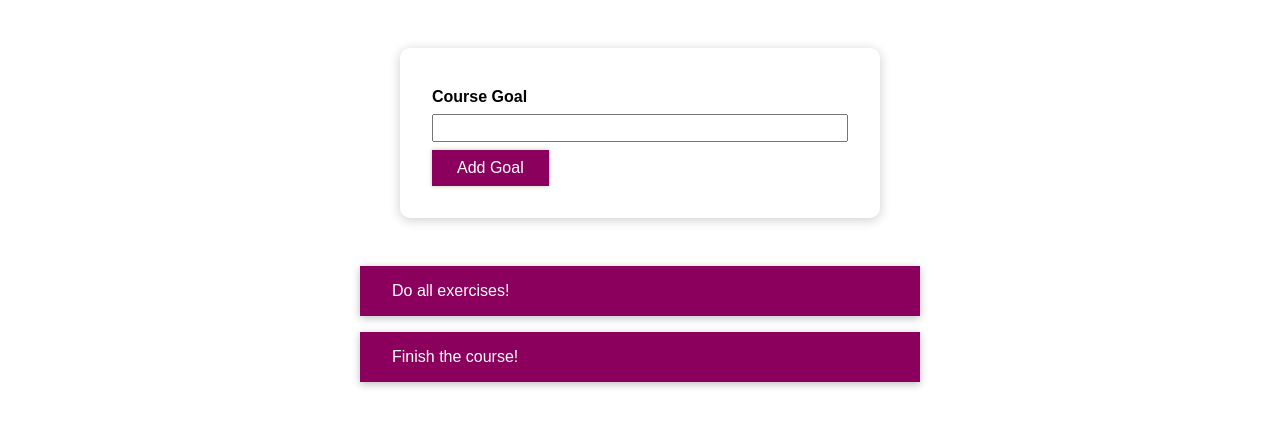
Repository: Wakkaba/PracticeProject
Page: /
The author's editor kept a copy of each file at every save. The page is drawn from the files as they stood at one save, then again after the next save.
The browser window is 1280 px wide. The pictures show the whole page.
The project was rebuilt for these pictures with package versions that can differ from the ones it lists, and the page was loaded fresh each time. Also part of the build but not shown: src/components/UI/Button/Button.js, src/components/CourseGoals/CourseInput/CourseInput.css.

Above is the page before, as saved 2021-10-22 17:31:54.

After the next save:
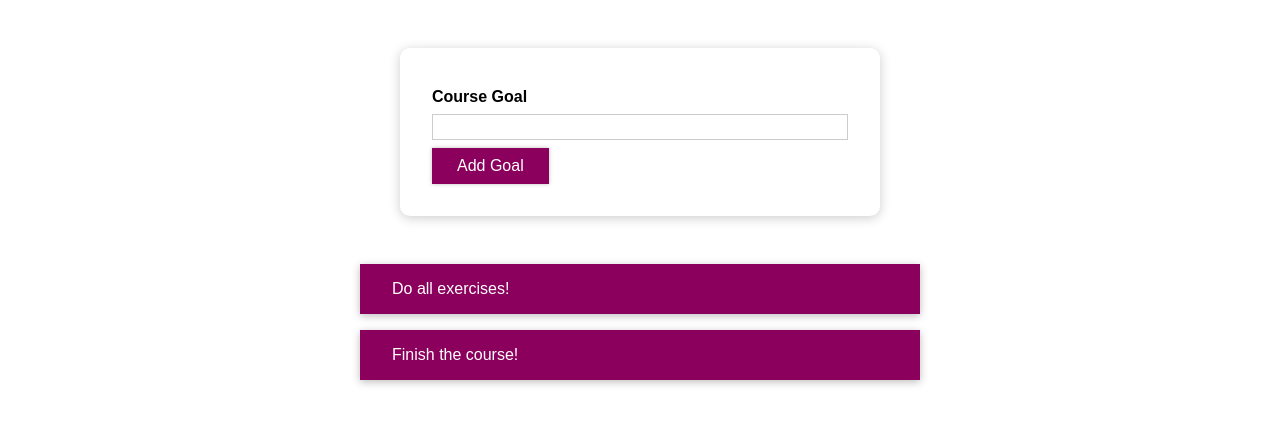
Saved 27 s later.
--- a/src/components/CourseGoals/CourseInput/CourseInput.js
+++ b/src/components/CourseGoals/CourseInput/CourseInput.js
@@ -16,8 +16,8 @@ const FormControl = styled.div`
 & input {
   display: block;
   width: 100%;
-  border: 1px solid ${props => (props.invalid? 'red' : '#ccc')}
-  background: ${props => (props.invalid ? '#ffd7d7' : 'transparent')}
+  border: 1px solid ${props => (props.invalid? 'red' : '#ccc')};
+  background: ${props => (props.invalid ? '#ffd7d7' : 'transparent')};
   font: inherit;
   line-height: 1.5rem;
   padding: 0 0.25rem;
